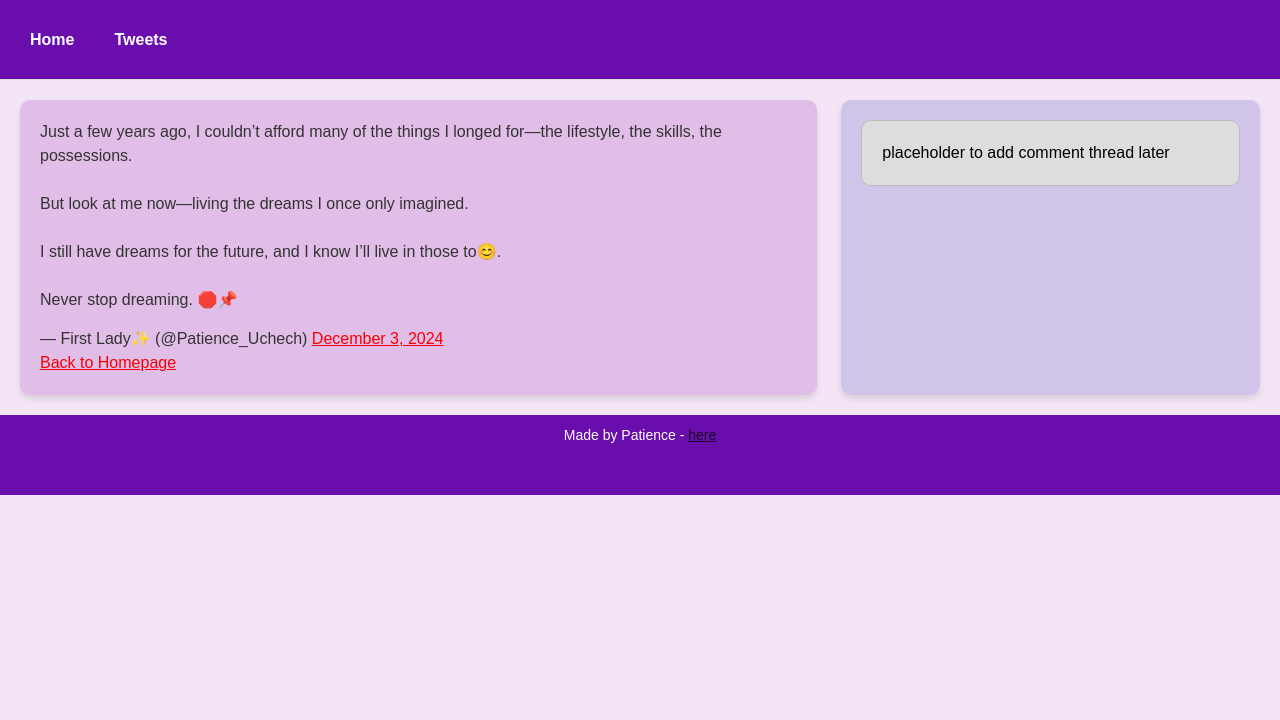
Repository: Patience225/My_First_Portfolio
Page: html_basic/tweets.html
These files come from the project's save history. The page is drawn as it stood at one moment and after the next save; the edit follows.
The browser window is 1280 px wide. The pictures show the whole page.

Above is the page before, as saved 2024-12-22 04:52:40.

After the next save:
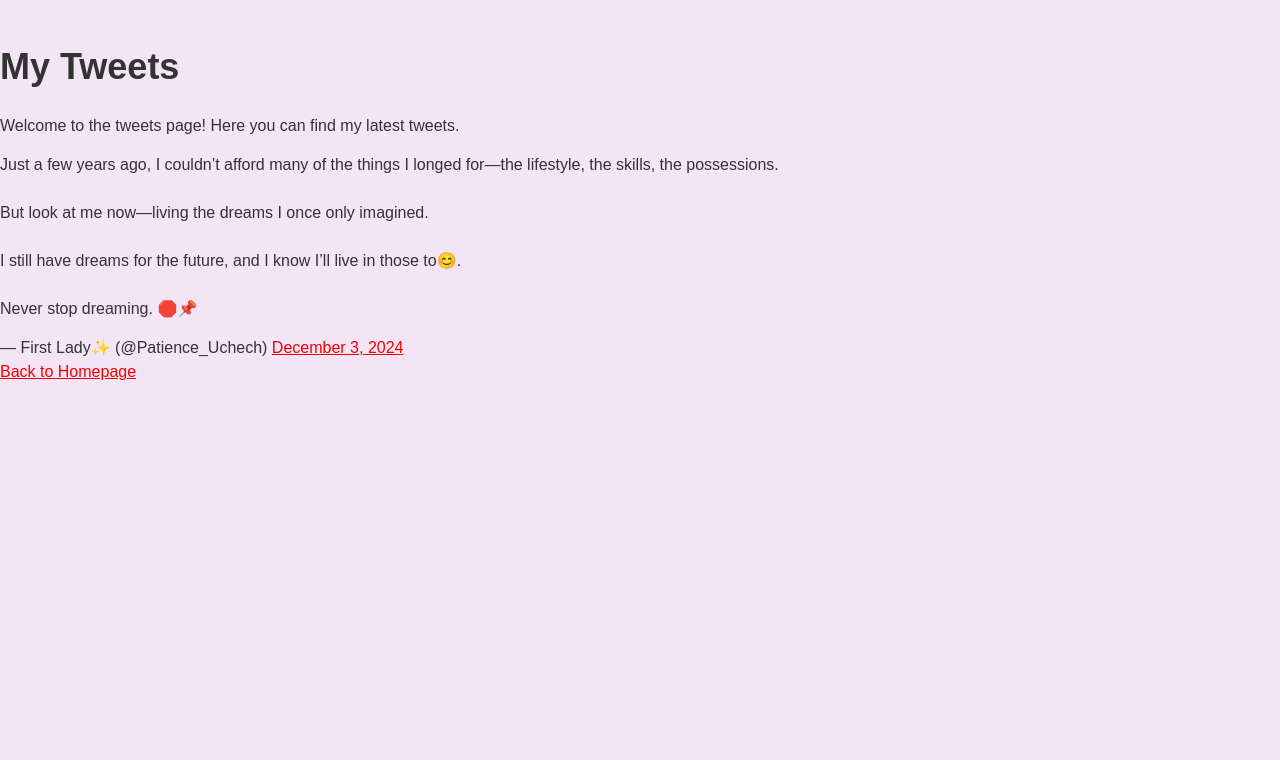
Saved 12 min 6 s later.
--- a/html_basic/tweets.html
+++ b/html_basic/tweets.html
@@ -7,24 +7,14 @@
   <link href="../css_basic/base.css" rel="stylesheet">
   <link href="../css_basic/styles.css" rel="stylesheet">
 </head>
-<body class="tweets-page">
-  <header>
-    <ul>
-      <li><a href="/html_basic/index.html">Home</a></li>
-      <li><a href="/html_basic/tweets.html">Tweets</a></li>
-    </ul>
-  </header>
-  <main>
-    <article>
-      <blockquote class="twitter-tweet"><p lang="en" dir="ltr">Just a few years ago, I couldn’t afford many of the things I longed for—the lifestyle, the skills, the possessions.<br><br>But look at me now—living the dreams I once only imagined.<br><br>I still have dreams for the future, and I know I’ll live in those to😊.<br><br>Never stop dreaming. 🛑📌</p>&mdash; First Lady✨ (@Patience_Uchech) <a href="https://twitter.com/Patience_Uchech/status/1863800680617541974?ref_src=twsrc%5Etfw">December 3, 2024</a></blockquote> <script async src="https://platform.twitter.com/widgets.js" charset="utf-8"></script>
-      <a href="index.html">Back to Homepage</a>
-    </article>
-    <aside>
-      <p>placeholder to add comment thread later</p>
-    </aside>
-  </main>
-  <footer>
-    <p>Made by Patience - <a href="https://github.com/Patience225" target="_blank">here</a></p>
-  </footer>
+<body>
+  <h1>My Tweets</h1>
+  <p>Welcome to the tweets page! Here you can find my latest tweets.</p>
+  <blockquote class="twitter-tweet">
+    <p lang="en" dir="ltr">Just a few years ago, I couldn’t afford many of the things I longed for—the lifestyle, the skills, the possessions.<br><br>But look at me now—living the dreams I once only imagined.<br><br>I still have dreams for the future, and I know I’ll live in those to😊.<br><br>Never stop dreaming. 🛑📌</p>
+    &mdash; First Lady✨ (@Patience_Uchech) <a href="https://twitter.com/Patience_Uchech/status/1863800680617541974?ref_src=twsrc%5Etfw">December 3, 2024</a>
+  </blockquote>
+  <script async src="https://platform.twitter.com/widgets.js" charset="utf-8"></script>
+  <a href="index.html">Back to Homepage</a>
 </body>
 </html>

After the save that followed:
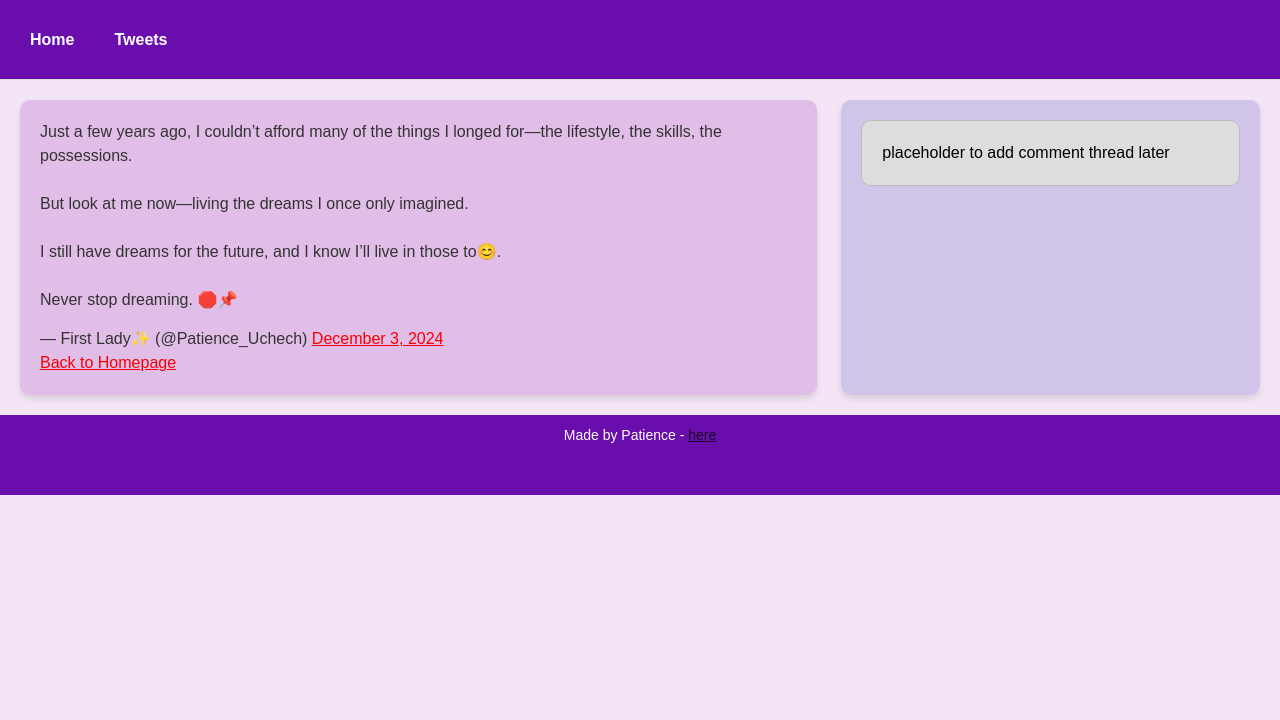
Saved 3 min 49 s later.
--- a/html_basic/tweets.html
+++ b/html_basic/tweets.html
@@ -7,14 +7,24 @@
   <link href="../css_basic/base.css" rel="stylesheet">
   <link href="../css_basic/styles.css" rel="stylesheet">
 </head>
-<body>
-  <h1>My Tweets</h1>
-  <p>Welcome to the tweets page! Here you can find my latest tweets.</p>
-  <blockquote class="twitter-tweet">
-    <p lang="en" dir="ltr">Just a few years ago, I couldn’t afford many of the things I longed for—the lifestyle, the skills, the possessions.<br><br>But look at me now—living the dreams I once only imagined.<br><br>I still have dreams for the future, and I know I’ll live in those to😊.<br><br>Never stop dreaming. 🛑📌</p>
-    &mdash; First Lady✨ (@Patience_Uchech) <a href="https://twitter.com/Patience_Uchech/status/1863800680617541974?ref_src=twsrc%5Etfw">December 3, 2024</a>
-  </blockquote>
-  <script async src="https://platform.twitter.com/widgets.js" charset="utf-8"></script>
-  <a href="index.html">Back to Homepage</a>
+<body class="tweets-page">
+  <header>
+    <ul>
+      <li><a href="/html_basic/index.html">Home</a></li>
+      <li><a href="/html_basic/tweets.html">Tweets</a></li>
+    </ul>
+  </header>
+  <main>
+    <article>
+      <blockquote class="twitter-tweet"><p lang="en" dir="ltr">Just a few years ago, I couldn’t afford many of the things I longed for—the lifestyle, the skills, the possessions.<br><br>But look at me now—living the dreams I once only imagined.<br><br>I still have dreams for the future, and I know I’ll live in those to😊.<br><br>Never stop dreaming. 🛑📌</p>&mdash; First Lady✨ (@Patience_Uchech) <a href="https://twitter.com/Patience_Uchech/status/1863800680617541974?ref_src=twsrc%5Etfw">December 3, 2024</a></blockquote> <script async src="https://platform.twitter.com/widgets.js" charset="utf-8"></script>
+      <a href="index.html">Back to Homepage</a>
+    </article>
+    <aside>
+      <p>placeholder to add comment thread later</p>
+    </aside>
+  </main>
+  <footer>
+    <p>Made by Patience - <a href="https://github.com/Patience225" target="_blank">here</a></p>
+  </footer>
 </body>
 </html>
